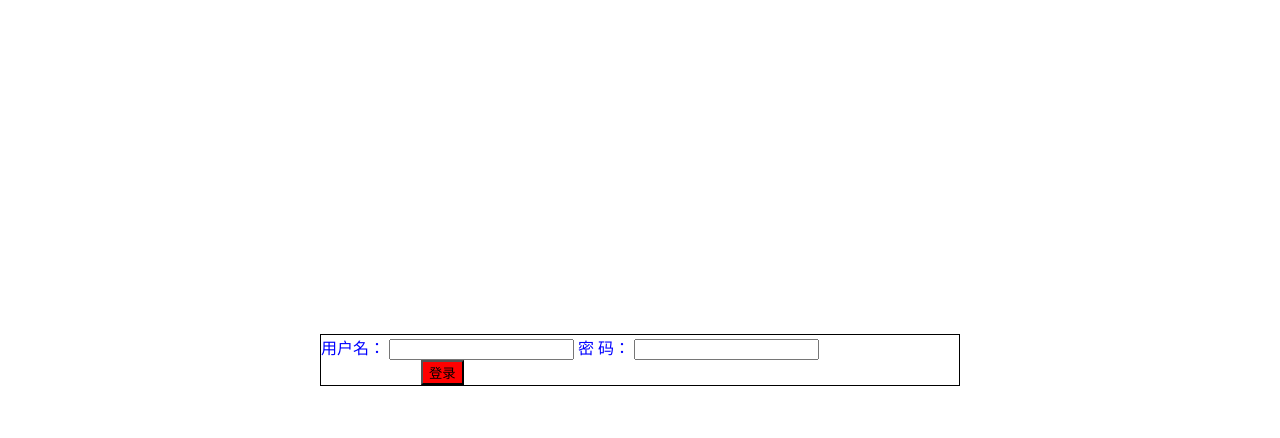
Repository: guirui-li/StudyJavaWeb
Page: http://localhost/JavawebTest/experiment02/login.jsp
These files come from the project's save history. The page is drawn as it stood at one moment and after the next save; the edit follows.
The browser window is 1280 px wide. The pictures show the whole page.
The page is served by Tomcat 9. Other server files are loaded and not shown.

Above is the page before, as saved 2019-05-03 06:07:38.

### JavawebTest/WebContent/experiment02/login.jsp
<%@ page language="java" contentType="text/html; charset=UTF-8"
    pageEncoding="UTF-8"%>
<!DOCTYPE html>
<html>
<head>
<meta charset="UTF-8">
<title>login页面</title>
	<style type="text/css">
		body{
			margin: 0;
			padding: 0;
			color: blue;
		}
		label{
			width: 100px;
			text-align: justify;
		}
		#form1{
			border: 1px solid black;
			position:absolute;
			top:50%;
			left:50%;
			transform:translate(-50%,-50%);
		}
		#submit{
			margin-left: 100px;
			background-color: red;
		}
	</style>
</head>
<body>
	<%
		String name=request.getParameter("name");
		String psw=request.getParameter("psw");
		if(name==null||psw==null){
			name="";
			psw="";
		}
	%>
	<form action="dologin.jsp" id="form1" method="post">
		<label>用户名：</label>
			<input type="text" name="name" value="<%=name %>"/>
		<label>密    码：</label>
			<input type="text" name="psw" value="<%=psw %>"/>
		<input type="submit" name="Submit" value="登录" id="submit"/>
	</form>
</body>
</html>

After the next save:
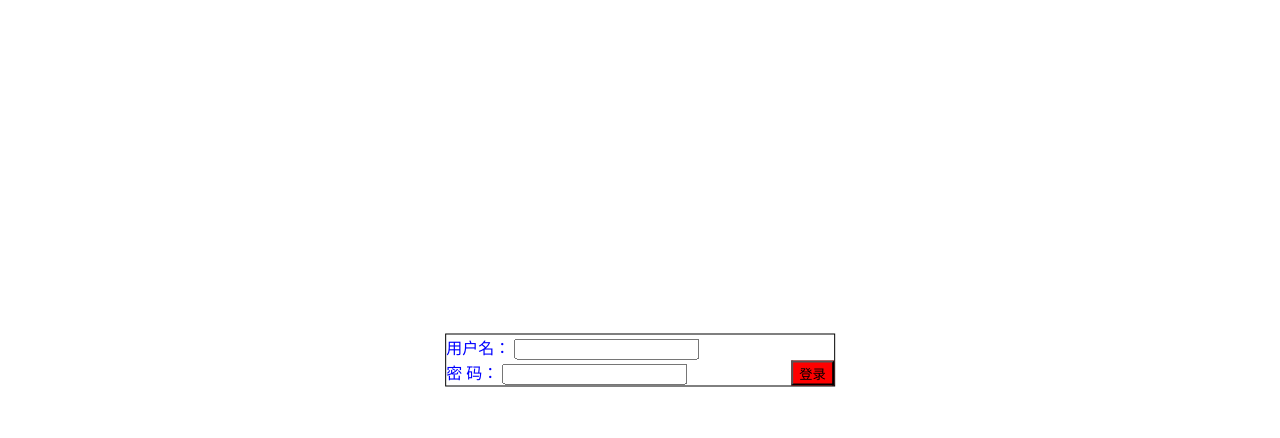
Saved 9 s later.
--- a/JavawebTest/WebContent/experiment02/login.jsp
+++ b/JavawebTest/WebContent/experiment02/login.jsp
@@ -40,6 +40,7 @@
 	<form action="dologin.jsp" id="form1" method="post">
 		<label>用户名：</label>
 			<input type="text" name="name" value="<%=name %>"/>
+			<br>
 		<label>密    码：</label>
 			<input type="text" name="psw" value="<%=psw %>"/>
 		<input type="submit" name="Submit" value="登录" id="submit"/>

After the save that followed:
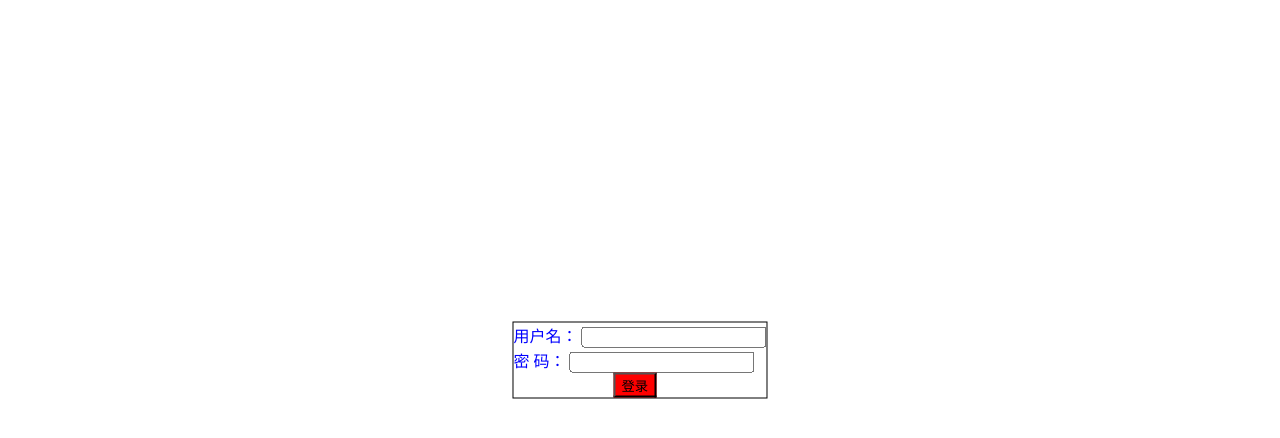
Saved 8 s later.
--- a/JavawebTest/WebContent/experiment02/login.jsp
+++ b/JavawebTest/WebContent/experiment02/login.jsp
@@ -39,10 +39,9 @@
 	%>
 	<form action="dologin.jsp" id="form1" method="post">
 		<label>用户名：</label>
-			<input type="text" name="name" value="<%=name %>"/>
-			<br>
+			<input type="text" name="name" value="<%=name %>"/><br>
 		<label>密    码：</label>
-			<input type="text" name="psw" value="<%=psw %>"/>
+			<input type="text" name="psw" value="<%=psw %>"/><br>
 		<input type="submit" name="Submit" value="登录" id="submit"/>
 	</form>
 </body>
